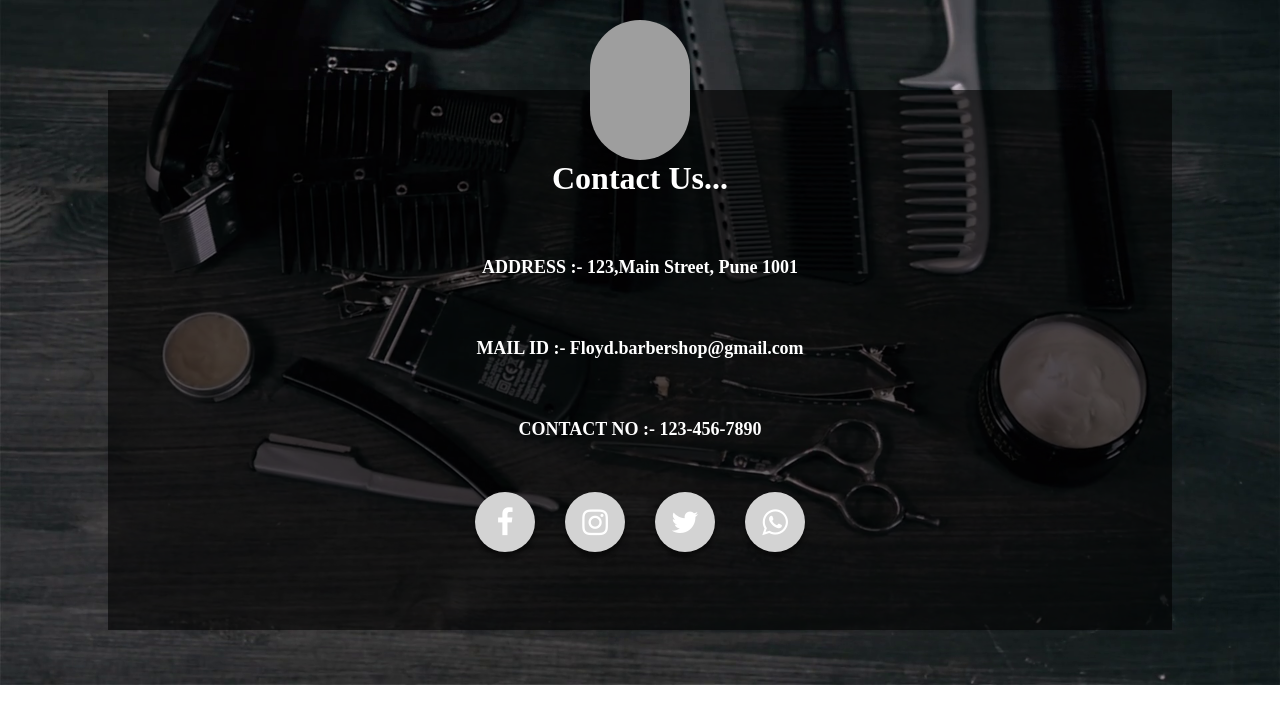
Repository: Mithil-Chavan/OnlineBarbershopManagementSystem
Page: http://localhost/OnlineBarberShop/WEB-INF/views/user/contact.jsp
These files come from the project's save history. The page is drawn as it stood at one moment and after the next save; the edit follows.
The browser window is 1280 px wide. The pictures show the whole page.
The page is served by Tomcat 9. Nobody is signed in. The template is opened directly, without the code that normally fills it, so the values that code supplies are empty.

Above is the page before, as saved 2021-03-24 19:32:20.

After the next save:
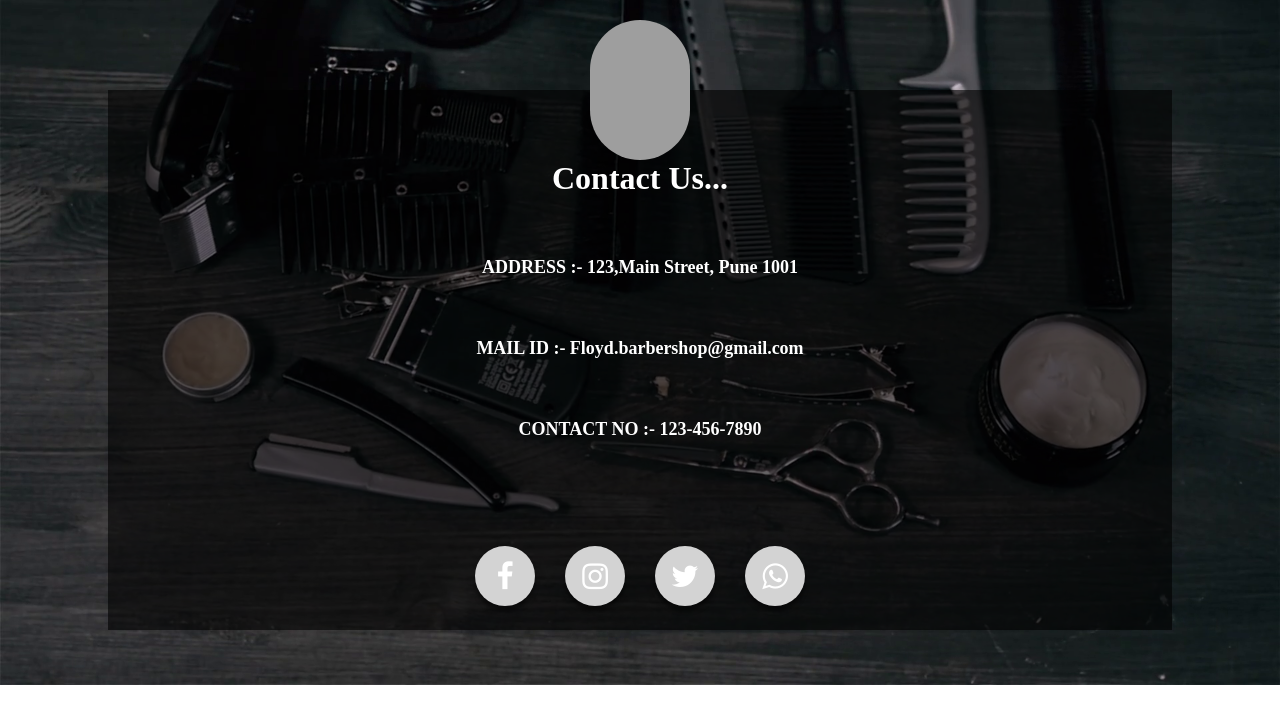
Saved 28 s later.
--- a/OnlineBarberShop/OnlineBarberShop/src/main/webapp/WEB-INF/views/user/contact.jsp
+++ b/OnlineBarberShop/OnlineBarberShop/src/main/webapp/WEB-INF/views/user/contact.jsp
@@ -71,7 +71,7 @@ body {
 
 .social-menu ul{
 	position: absolute;
-	top: 80%;
+	top: 90%;
 	left: 50%;
 	padding: 0;
 	margin: 0;
